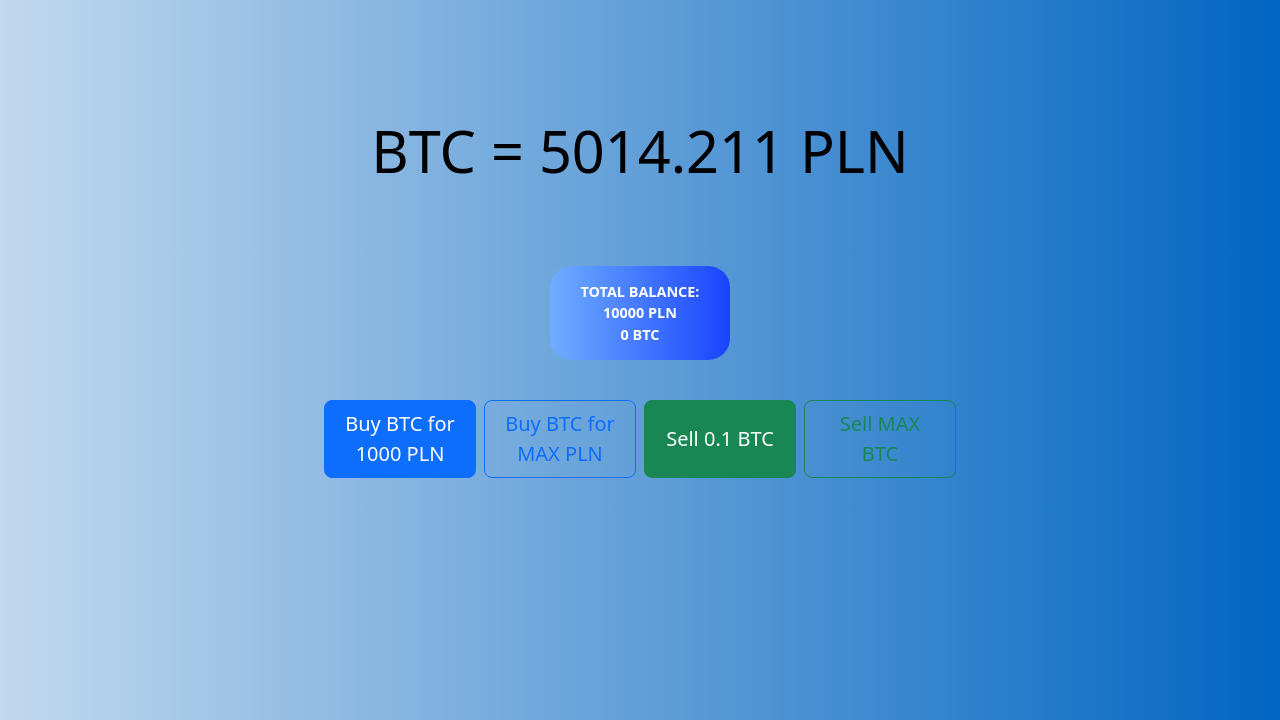
Repository: michalgornicki/bitcoin-virtual
Page: /
The author's editor kept a copy of each file at every save. The page is drawn from the files as they stood at one save, then again after a run of saves.
The browser window is 1280 px wide. The pictures show the whole page.
The project was rebuilt for these pictures with package versions that can differ from the ones it lists, and the page was loaded fresh each time.

Above is the page before, as saved 2021-12-05 22:51:41.

After the next 3 saves:
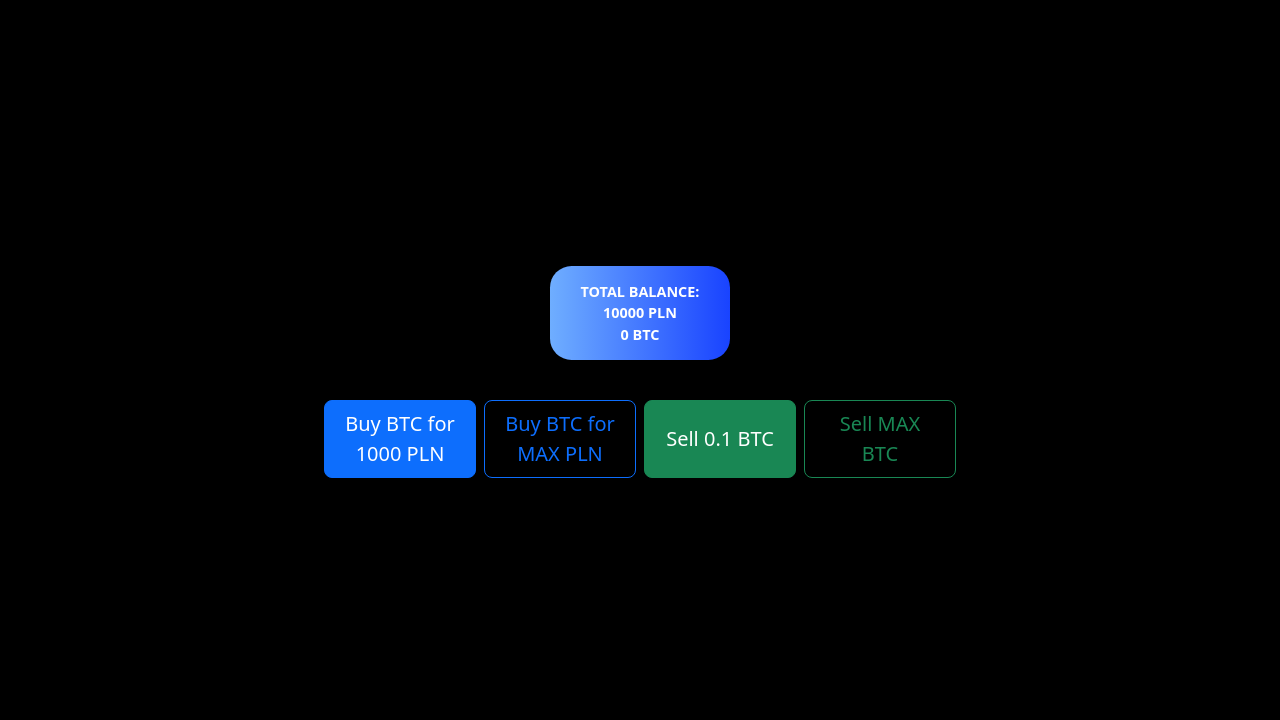
The 3 saves are shown as one change because they came seconds apart.
The last was saved 19 s later.
--- a/src/App.css
+++ b/src/App.css
@@ -5,7 +5,7 @@ body{
 }
 
 .wrapper{
-    background: linear-gradient(to right, rgb(194, 217, 238), rgb(1, 101, 194));
+    background-color: black;
     height: 100vh;
 }
 
